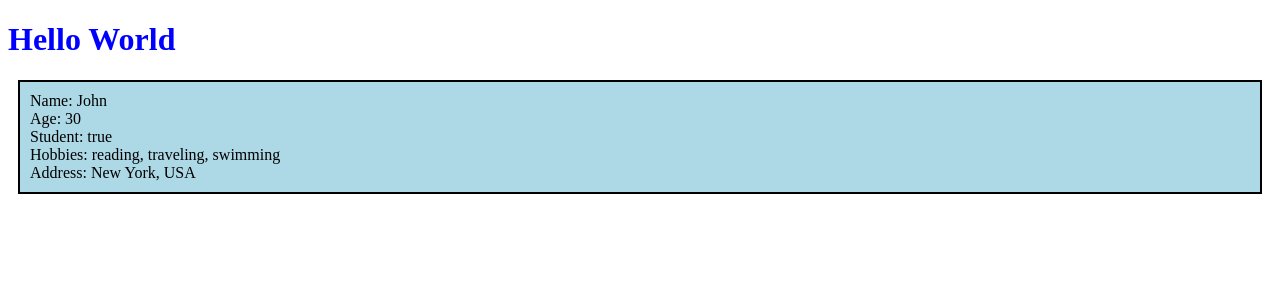
Repository: walidrashadx/Javascript_ES6
Page: index.html
An editor plug-in stored every save of this project. The page is shown before and after a run of saves, followed by the edit.
The browser window is 1280 px wide. The pictures show the whole page.

Above is the page before, as saved 2025-09-27 23:55:04.

### index.html
<!DOCTYPE html>
<html lang="en">
  <head>
    <meta charset="UTF-8" />
    <meta name="viewport" content="width=device-width, initial-scale=1.0" />
    <title>Document</title>

  </head>
  <body>
    <h1 id="hello">Hello World</h1>

     <script src="main.js"></script>
  </body>
  </html>

### main.js
let uname = "John";
let age = 30;
let isStudent = true;
let hobbies = ["reading", "traveling", "swimming"];
let address = { city: "New York", country: "USA" };

let personCard = `<div id = "card">

<div id = "name"> Name: ${uname} </div>
<div id = "age"> Age: ${age} </div>
<div id = "isStudent"> Student: ${isStudent} </div>
<div id = "hobbies"> Hobbies: ${hobbies.join(", ")} </div>
<div id = "address"> Address: ${address.city}, ${
  address.country
} </div> </div>`;

// Append the personCard to the body using DOM manipulation
document.body.innerHTML += personCard;
let myFriend = ["Alice", "Bob", "Charlie", "David", "Eve"];

console.log(`hello ${myFriend[0]}`);
console.log(myFriend.length);
myFriend[2] = "Zara";

window.onload = function () {
  document.getElementById("card").style.border = "2px solid black";
  document.getElementById("card").style.padding = "10px";
  document.getElementById("card").style.margin = "10px";
  document.getElementById("card").style.backgroundColor = "lightblue";
  document.querySelector("h1").style.color = "blue";
};

console.log(myFriend); // Output the updated array
console.log(myFriend.slice); // Output the length of the array

After the next 4 saves:
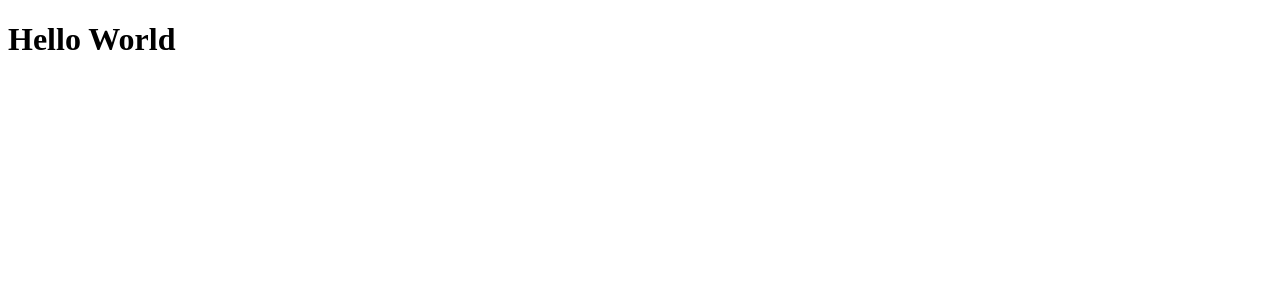
Console error: SyntaxError: missing ) after argument list
The 4 saves are shown as one change because they came seconds apart.
The last was saved 10 s later.
--- a/main.js
+++ b/main.js
@@ -31,4 +31,4 @@
 };
 
 console.log(myFriend); // Output the updated array
-console.log(myFriend.slice); // Output the length of the array
+console.log(myFriend.slice(1, 4); // Output the length of the array

After the save that followed:
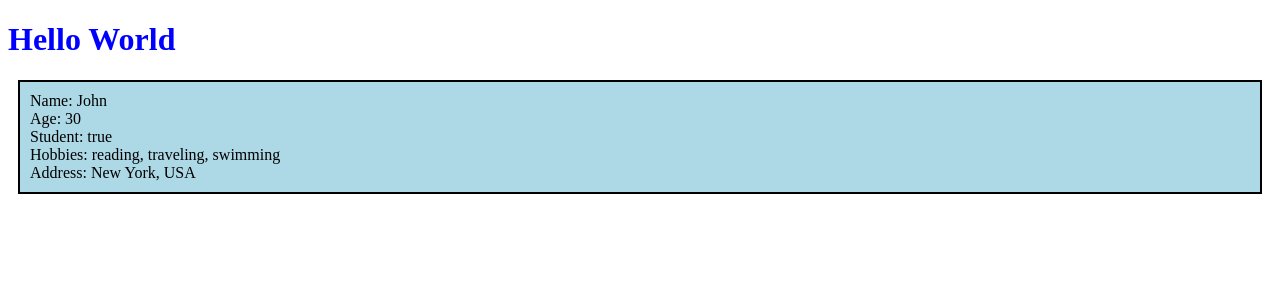
The error is gone.
Saved 17 s later.
--- a/main.js
+++ b/main.js
@@ -31,4 +31,4 @@
 };
 
 console.log(myFriend); // Output the updated array
-console.log(myFriend.slice(1, 4); // Output the length of the array
+console.log(myFriend.slice(1, 4)); // Output the length of the array
